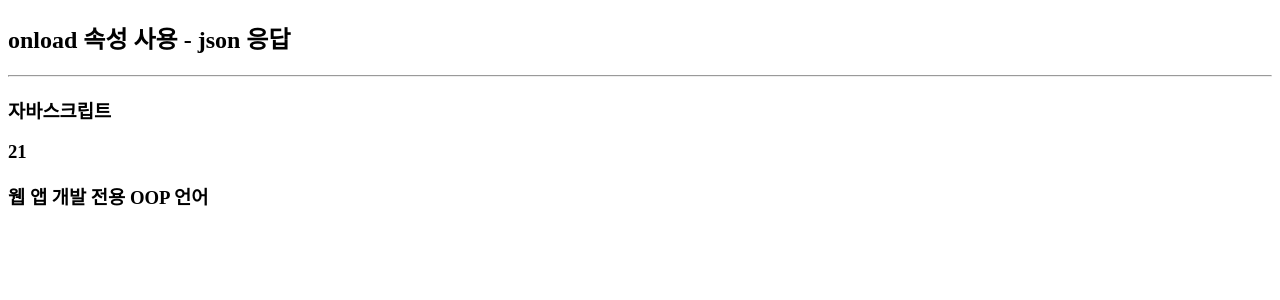
Repository: golddrone7/front
Page: step10_Ajax/src/main/webapp/test7/jsonTest.html
The author's editor kept a copy of each file at every save. The page is drawn from the files as they stood at one save, then again after the next save.
The browser window is 1280 px wide. The pictures show the whole page.

Above is the page before, as saved 2023-02-27 06:18:49.

After the next save:
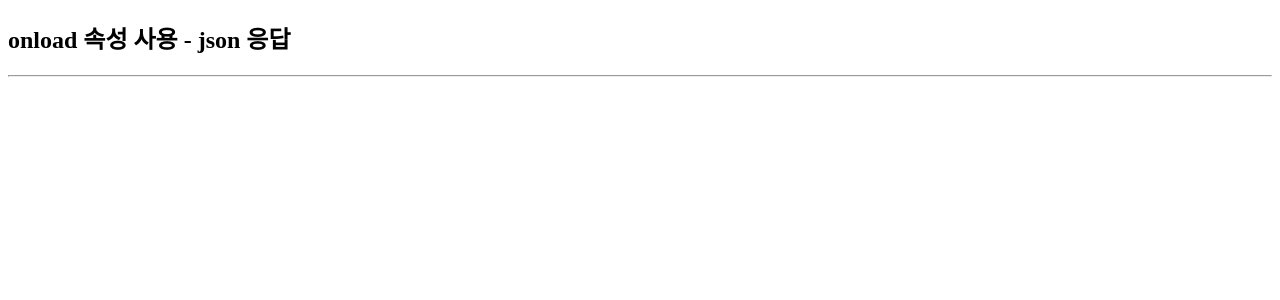
Console error (its wording comes from the project's code and is left out).
Saved 62 s later.
--- a/step10_Ajax/src/main/webapp/test7/jsonTest.html
+++ b/step10_Ajax/src/main/webapp/test7/jsonTest.html
@@ -10,18 +10,10 @@
 		xhr.onload=function(event){
 			if(xhr.readyState==XMLHttpRequest.DONE){ // XMLHttpRequest.DONE ==> 4
 				if(xhr.status==200){
+					var str = xhr.responseText;
+					var result=JSON.parse(str);
+					alert(result["name"]);
 
-					//alert(xhr.responseXML);
-					var xml=xhr.responseXML;
-					var rootE = xml.getElementsByTagName("testxml");
-					var output='';
-					//alert(rootE[0].childNodes.length);
-
-					for(var i=1; i<rootE[0].childNodes.length;i+=2){
-						//alert(rootE[0].childNodes[i].nodeName);
-						output+="<h3>"+rootE[0].childNodes[i].firstChild.nodeValue+"</h3>";
-
-					}
 					document.body.innerHTML+=output;
 
 				}

After the 4 saves that followed:
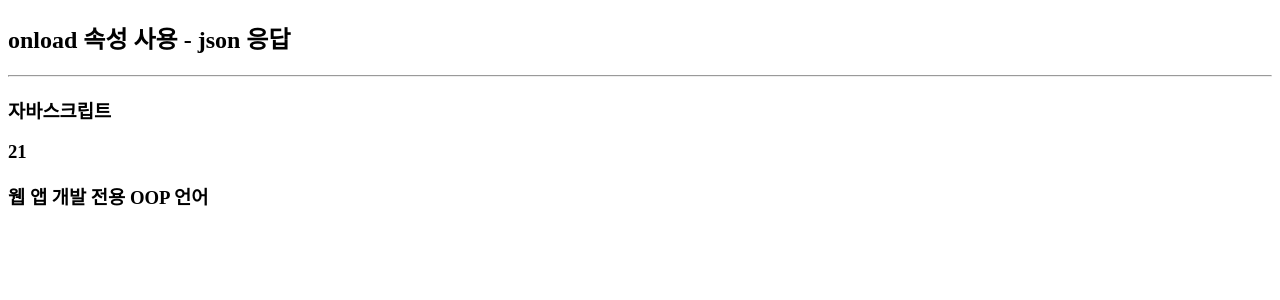
The error is gone.
The 4 saves are shown as one change because 3 left the picture as it was.
The last was saved 4 min 20 s later.
--- a/step10_Ajax/src/main/webapp/test7/jsonTest.html
+++ b/step10_Ajax/src/main/webapp/test7/jsonTest.html
@@ -12,15 +12,20 @@
 				if(xhr.status==200){
 					var str = xhr.responseText;
 					var result=JSON.parse(str);
-					alert(result["name"]);
+					//alert(result["name"]);
 
+					var output='';
+
+					for(var i in result){
+						output+="<h3>"+result[i]+"</h3>";
+					}
 					document.body.innerHTML+=output;
 
 				}
 			}
 		};
 
-		xhr.open('GET', 'sample.xml', true);
+		xhr.open('GET', 'sample.json', true);
 		xhr.send();
 
 	};
